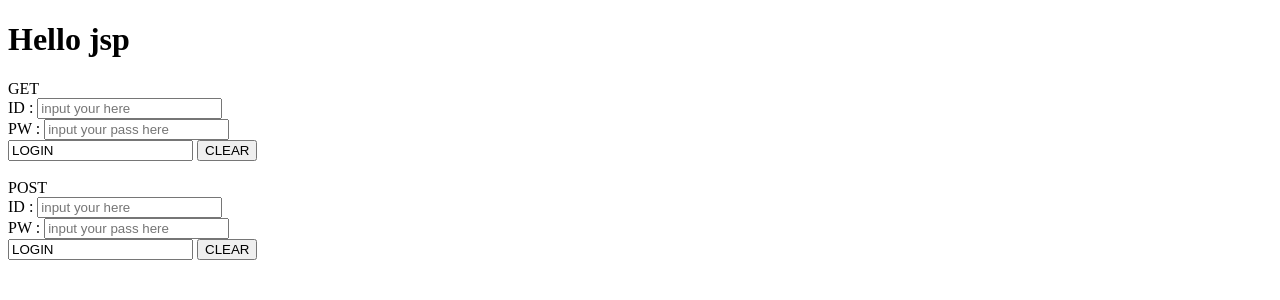
Repository: Vipper105/Restaurant_project
Page: webShop/WebContent/index.html
The author's editor kept a copy of each file at every save. The page is drawn from the files as they stood at one save, then again after the next save.
The browser window is 1280 px wide. The pictures show the whole page.

Above is the page before, as saved 2020-08-10 09:31:53.

After the next save:
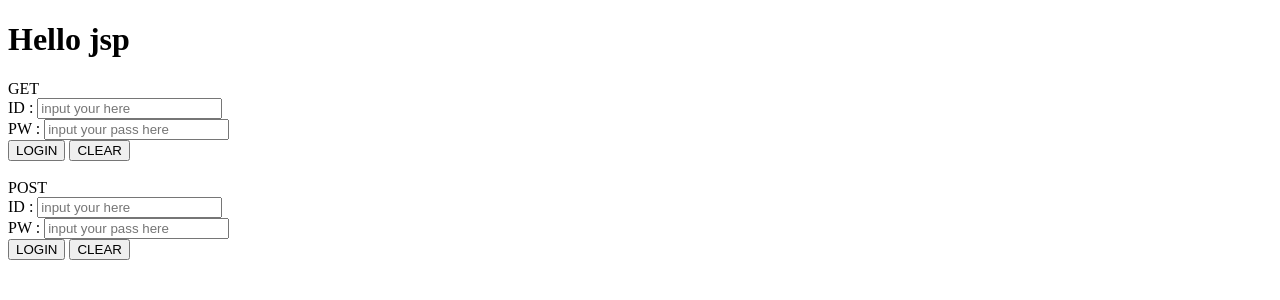
Saved 29 s later.
--- a/webShop/WebContent/index.html
+++ b/webShop/WebContent/index.html
@@ -16,7 +16,7 @@
 		<br/>
 		PW : <input type="password" name="upass" placeholder="input your pass here">
 		<br/>
-		<input type="sumit" value="LOGIN">
+		<input type="submit" value="LOGIN">
 		<input type="reset" value="CLEAR">
 	</form>
 </div>
@@ -28,7 +28,7 @@
 		<br/>
 		PW : <input type="password" name="upass" placeholder="input your pass here">
 		<br/>
-		<input type="sumit" value="LOGIN">
+		<input type="submit" value="LOGIN">
 		<input type="reset" value="CLEAR">
 	</form>
 </div>
